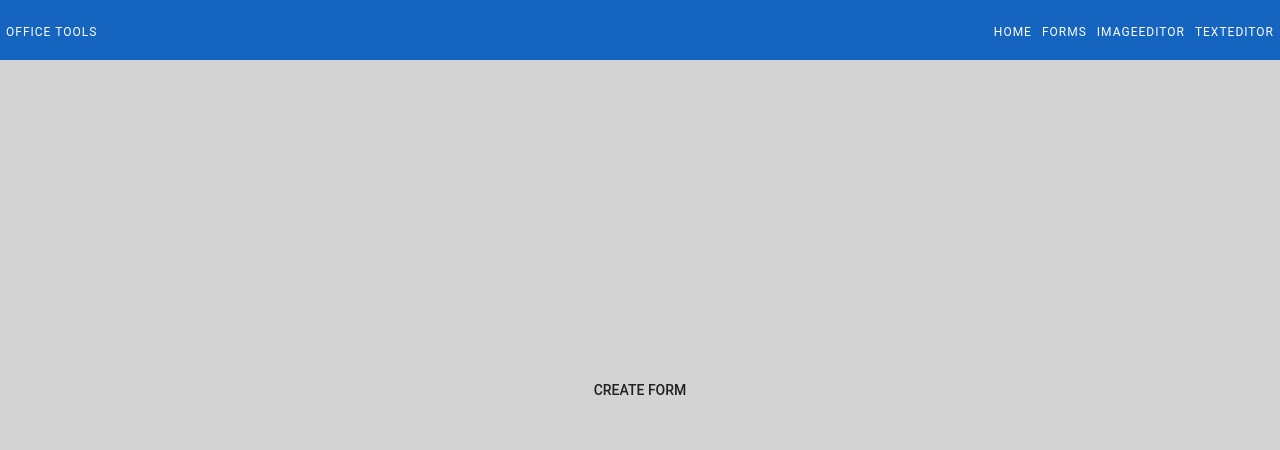
Repository: Vijay-Singh1/office-tools
Page: /form-builder
These files come from the project's save history. The page is drawn as it stood at one moment and after the next save; the edit follows.
The browser window is 1280 px wide. The pictures show the whole page.
The project was rebuilt for these pictures with package versions that can differ from the ones it lists, and the page was loaded fresh each time. Also part of the build but not shown: vite.config.ts, src/FormBuilderApp/src/pages/CreateForm.tsx, src/FormBuilderApp/src/pages/OpenForms.tsx, src/App.css, src/components/common/sidebar/Sidebar.tsx, src/ImageEditor/src/pages/ImageEditorHome.tsx, src/ImageEditor/src/pages/CreateImage.tsx, src/DocsEditor/src/pages/DocsEditorHome.tsx and 1 more.

Above is the page before, as saved 2024-09-07 22:29:49.

### index.html
<!doctype html>
<html lang="en">
  <head>
    <meta charset="UTF-8" />
    <link rel="icon" type="image/svg+xml" href="/vite.svg" />
    <meta name="viewport" content="width=device-width, initial-scale=1.0" />
    <title>Office Tools</title>
  </head>
  <body>
    <div id="root"></div>
    <script type="module" src="/src/main.tsx"></script>
  </body>
</html>

### src/main.tsx
import { StrictMode } from 'react'
import { createRoot } from 'react-dom/client'
import App from './App.tsx'
import './index.css'// Import Tailwind CSS
import { ThemeProvider } from '@mui/material/styles';
import CssBaseline from '@mui/material/CssBaseline';
import theme from "./appTheme/appTheme.ts"
import AppRoutes from './routes.js';
createRoot(document.getElementById('root')!).render(
  <StrictMode>
    <ThemeProvider theme={theme}>
    <CssBaseline />
    <AppRoutes />
    </ThemeProvider>
  </StrictMode>,
)

### src/appTheme/appTheme.ts
// src/theme/theme.js

import { createTheme } from '@mui/material/styles';
import { blue,  red, orange, green, grey } from '@mui/material/colors';

const theme = createTheme({
  palette: {
    primary: {
      light: blue[300], // Light shade for hover effects, etc.
      main: blue[600],  // Main primary color
      dark: blue[800],  // Dark shade for contrast
      contrastText: '#ffffff',
    },
    secondary: {
      light: blue[200], // Light blue as a secondary color
      main: blue[400],  // A mid-range blue for secondary actions
      dark: blue[700],  // Darker shade for emphasis
      contrastText: '#ffffff',
    },
    error: {
      main: red[500],
    },
    warning: {
      main: orange[500],
    },
    info: {
      main: blue[300],
    },
    success: {
      main: green[500],
    },
    background: {
      default: '#ffffff',
      paper: blue[50], // Very light blue background for paper components
    },
    text: {
      primary: grey[900],
      secondary: blue[800], // Dark blue text for secondary elements
    },
    action: {
      hover: blue[100], // Light blue on hover
      selected: blue[50], // Even lighter blue when an item is selected
      disabledBackground: blue[50], // Light blue background for disabled items
      disabled: grey[400], // Disabled text color
    },
    divider: blue[100], // Light blue for dividers and borders
  },
  typography: {
    fontFamily: 'Roboto, Arial, sans-serif',
    h1: {
      fontWeight: 700,
      color: blue[800], // Dark blue for headings
    },
    h2: {
      fontWeight: 700,
      color: blue[700], // Slightly lighter for sub-headings
    },
    subtitle1: {
      fontSize: 12,
      letterSpacing : "1px"
    },
  },
  spacing :[0,2,4,6,8,10],
  components: {
    MuiButton: {
      styleOverrides: {
        root: {
          borderRadius: 8,
          '&:hover': {
            backgroundColor: blue[700], // Darker blue on hover
          },
        },
      },
    },
    MuiAppBar: {
      styleOverrides: {
        colorPrimary: {
          backgroundColor: blue[800], // Darker shade for AppBar
        },
      },
    },
    MuiPaper: {
      styleOverrides: {
        root: {
          backgroundColor: blue[50], // Very light blue for paper components
        },
      },
    },
    // Add more component customizations as needed
  },
});

export default theme;

### src/routes.tsx
import React from 'react';
import { createBrowserRouter, RouterProvider } from 'react-router-dom';
import { formBuilderRoutes } from './FormBuilderApp/src/formBuilderRoutes';
import App from './App';
import { imageEditorRoutes } from './ImageEditor/src/ImageEditorRoutes';
import { docsEditorRoutes } from './DocsEditor/src/docsEditorRoutes';

// Combine routes from different modules
const router = createBrowserRouter([
  {
    path: '/',
    element: <App />,
    children: [
      ...formBuilderRoutes,
      ...imageEditorRoutes,
      ...docsEditorRoutes
      // Add other module routes here
    ],
  },
]);

const AppRoutes: React.FC = () => {
  return <RouterProvider router={router} />;
};

export default AppRoutes;

### src/FormBuilderApp/src/formBuilderRoutes.tsx
import React from 'react';
import { RouteObject } from 'react-router-dom';
import FormBuilderHome from './pages/FormBuilderHome';
import CreateForm from './pages/CreateForm';
import OpenForms from './pages/OpenForms';
import FormBuilderMain from './pages/FormBuilderMain';


export const formBuilderRoutes: RouteObject[] = [
  {
    path: 'form-builder',
    element: < FormBuilderMain/>,
    children: [
      {
        path: '/form-builder',
        element: <FormBuilderHome />,
      },
      {
        path: '/form-builder/Create-Form',
        element: <CreateForm />,
      },
      {
        path: '/form-builder/Open-Form',
        element: <OpenForms />,
      },
    ],
  },
];

### src/App.tsx
import { Outlet } from "react-router-dom";
import "./App.css";
import Sidebar from "./components/common/appBar/sidebar/Sidebar";
import { AppBar, Box, IconButton, Stack, Toolbar, Typography,   } from "@mui/material";
import MenuIcon from '@mui/icons-material/Menu';
import Appbar from "./components/common/appBar/Appbar";
const App: React.FC = () => {

  return (

      <Stack direction="column">
    <Appbar/>
      <Box>
        <Outlet />
      </Box>
      </Stack>

  );
};

export default App;

### src/ImageEditor/src/ImageEditorRoutes.tsx
import React from 'react';
import { RouteObject } from 'react-router-dom';
import ImageEditorMain from './pages/ImageEditorMain';
import ImageEditorHome from './pages/ImageEditorHome';
import CreateImage from './pages/CreateImage';


export const imageEditorRoutes: RouteObject[] = [
  {
    path: 'image-editor',
    element: < ImageEditorMain/>,
    children: [
      {
        path: '/image-editor',
        element: <ImageEditorHome />,
      },
      {
        path: '/image-editor/Create-Image',
        element: <CreateImage />,
      },

    ],
  },
];

### src/DocsEditor/src/docsEditorRoutes.tsx
import React from 'react';
import { RouteObject } from 'react-router-dom';
import DocsEditorMain from './pages/DocsEditorMain';
import DocsEditorHome from './pages/DocsEditorHome';
import CreateDocs from './pages/CreateDocs';


export const docsEditorRoutes: RouteObject[] = [
  {
    path: '/docs-editor',
    element: < DocsEditorMain/>,
    children: [
      {
        path: '/docs-editor',
        element: <DocsEditorHome />,
      },
      {
        path: '/docs-editor/Create-docs',
        element: <CreateDocs />,
      },

    ],
  },
];

### src/FormBuilderApp/src/pages/FormBuilderHome.tsx
import { Box, Button } from '@mui/material'
import React from 'react'

const FormBuilderHome = () => {
  return (
    <Box flex ={1} bgcolor={"lightgray"} display={"flex"} alignItems={"center"} justifyContent={"center"} width = "100%" minHeight="calc(100vh - 60px)">
     <Button variant='Primary'>Create Form</Button>
    </Box>
  )
}

export default FormBuilderHome

### src/FormBuilderApp/src/pages/FormBuilderMain.tsx
import { Box, Stack } from '@mui/material'
import { Outlet } from 'react-router-dom'



const FormBuilderMain = () => {
  return (
      <Box width={"100%"} >
        <Stack direction="row" spacing={2}>
            <Outlet />
          </Stack>
          </Box>
  )
}

export default FormBuilderMain

### src/components/common/appBar/Appbar.tsx
import { AppBar, Box, styled, Toolbar, Typography } from '@mui/material'
import React from 'react'
import HomeRepairServiceIcon from '@mui/icons-material/HomeRepairService';
import { NavLink } from 'react-router-dom';

const StyledToolBar = styled(Toolbar)({
    display : "flex",
    justifyContent : "space-between"
})

const NavItems = styled(Box)(({theme}) =>({
    color : theme.palette.primary.contrastText,
    display: "flex",
    // border : "1px solid red",
    gap: theme.spacing(5)
}))

const StyledNavLink = styled(NavLink)(({theme})=>({
    width : "40%",
    color : theme.palette.primary.contrastText,
    textDecoration : "none",


}))

const Appbar = () => {
  return (
    <Box sx={{ flexGrow: 1 }} height={"60px"}>
    <AppBar position='static' >
        <StyledToolBar>
        <Typography variant='subtitle1' sx={{display : {sm : "block", xs : "none"}}}>OFFICE TOOLS</Typography>
            <HomeRepairServiceIcon sx={{display : {sm : "none", xs : "block"}}}/>
            <NavItems>
            <StyledNavLink to="/"><Typography variant='subtitle1'>HOME</Typography> </StyledNavLink>
            <StyledNavLink to="/form-builder"><Typography variant='subtitle1'>FORMS</Typography></StyledNavLink>
            <StyledNavLink to="/image-editor"><Typography variant='subtitle1'>IMAGEEDITOR</Typography></StyledNavLink>
            <StyledNavLink to="/docs-editor"><Typography variant='subtitle1'>TEXTEDITOR</Typography></StyledNavLink>
        </NavItems>
        </StyledToolBar>

    </AppBar>
    </Box>
  )
}

export default Appbar

### src/ImageEditor/src/pages/ImageEditorMain.tsx
import { Home } from '@mui/icons-material'
import { Box, Stack } from '@mui/material'
import React from 'react'
import { Outlet } from 'react-router-dom'
import Sidebar from '../../../components/common/sidebar/Sidebar'


const sideBarItem = [
    {
      text :"ImageEditor",
      icon :<Home/>
    },
    {
      text :"ImageEditor",
      icon :<Home/>
    },
    {
      text :"ImageEditor",
      icon :<Home/>
    },
    {
      text :"ImageEditor",
      icon :<Home/>
    },
  ]
const ImageEditorMain = () => {
  return (
    <Box width={"100%"}>
      <Stack direction="row" spacing={2}>
        <Sidebar items ={sideBarItem}/>
          <Outlet />
        </Stack>
        </Box>
  )
}

export default ImageEditorMain

### src/DocsEditor/src/pages/DocsEditorMain.tsx
import { Box, Stack } from '@mui/material'
import React from 'react'
import Sidebar from '../../../components/common/sidebar/Sidebar'
import { Outlet } from 'react-router-dom'
import { Home } from '@mui/icons-material'


const sideBarItem = [
    {
      text :"Docs",
      icon :<Home/>
    },
    {
      text :"Docs",
      icon :<Home/>
    },
    {
      text :"Docs",
      icon :<Home/>
    },
    {
      text :"Docs",
      icon :<Home/>
    },
  ]
const DocsEditorMain = () => {
  return (
    <Box width={"100%"}>
        <Stack direction="row" spacing={2}>
          <Sidebar items ={sideBarItem}/>
            <Outlet />
          </Stack>
          </Box>
  )
}

export default DocsEditorMain

Loaded but not shown: src/index.css (common file)

After the next save:
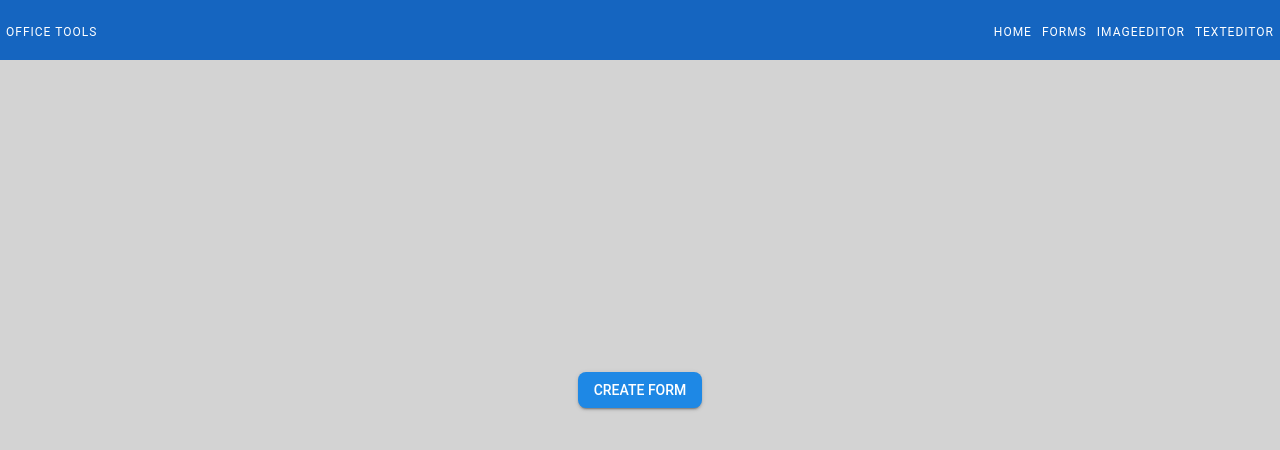
Saved 70 s later.
--- a/src/FormBuilderApp/src/pages/FormBuilderHome.tsx
+++ b/src/FormBuilderApp/src/pages/FormBuilderHome.tsx
@@ -4,7 +4,7 @@ import React from 'react'
 const FormBuilderHome = () => {
   return (
     <Box flex ={1} bgcolor={"lightgray"} display={"flex"} alignItems={"center"} justifyContent={"center"} width = "100%" minHeight="calc(100vh - 60px)">
-     <Button variant='Primary'>Create Form</Button>
+     <Button variant="contained">Create Form</Button>
     </Box>
   )
 }
